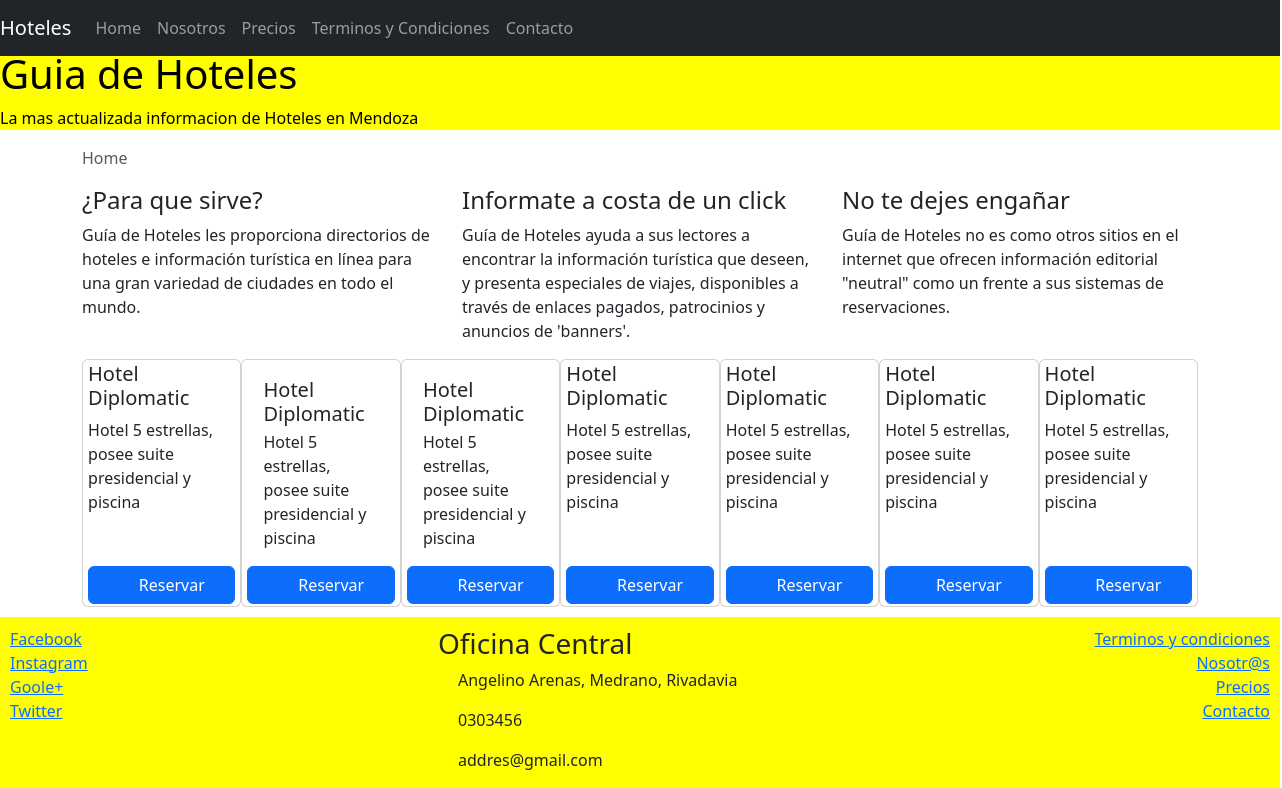
Repository: JulianMoralesSantoni/PaginaHoteles
Page: index.html
The author's editor kept a copy of each file at every save. The page is drawn from the files as they stood at one save, then again after the next save.
The browser window is 1280 px wide. The page is 1282 px wide, so the pictures cover 1282 px, including what lies to the right of the window. The pictures show the whole page.
Some web fonts or font styles are not loaded; a fallback is used. Some web libraries are served in a nearby version.

Above is the page before, as saved 2021-03-30 01:13:40.

After the next save:
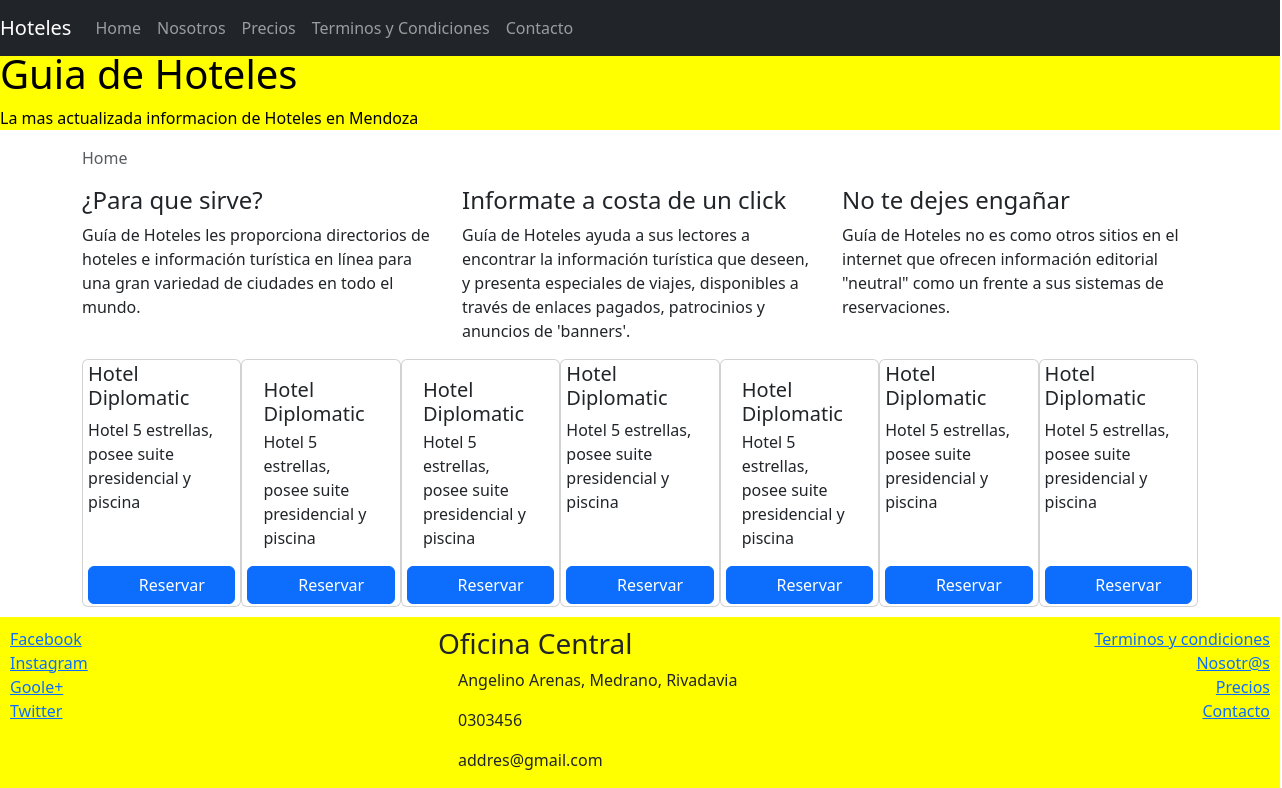
Saved 26 s later.
--- a/index.html
+++ b/index.html
@@ -86,13 +86,14 @@
 
     </div>
 
-    <div class="card card-hotel d-flex flex-column justify-content-between">
+    <div class="card card-hotel d-flex flex-column justify-content-between ml-2">
 
-       <div><h5>Hotel Diplomatic</h5>
-              <p>Hotel 5 estrellas, posee suite presidencial y piscina</p></div>
-              <div><button class="btn btn-primary btn-reserva"><span class="oi oi-plus footer-address-icon" ></span>Reservar</button></div>
-
-    </div>
+      <div class="card-body">
+               <h5 class="card-title">Hotel Diplomatic</h5>
+               <h6 class="card-subtitle"></h6>
+                <p class="card-text">Hotel 5 estrellas, posee suite presidencial y piscina</p></div>
+                <div><button class="btn btn-primary  btn-reserva"><span class="oi oi-plus footer-address-icon" ></span>Reservar</button></div>
+              </div>
 
     <div class="card card-hotel d-flex flex-column justify-content-between">
        <div><h5>Hotel Diplomatic</h5>
